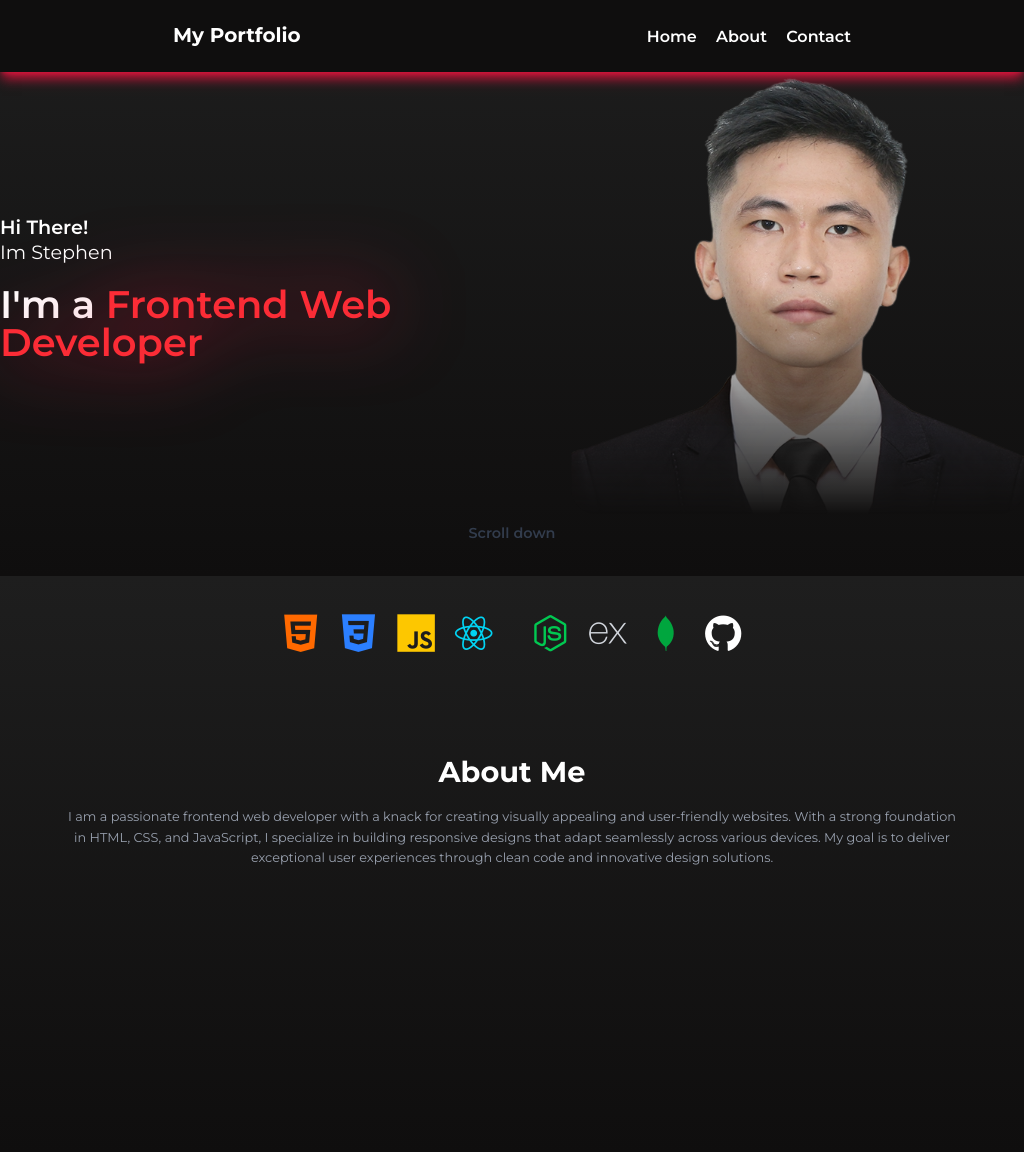
Repository: KaguyaKawaii/portfolio
Page: / (app in frontend/)
These files come from the project's save history. The page is drawn as it stood at one moment and after the next save; the edit follows.
The browser window is 1280 px wide. The pictures show the whole page, at 80% of full size.
Some icons come from a web library that is not loaded, so they are not drawn. Some web libraries are served in a nearby version. The project was rebuilt for these pictures with package versions that can differ from the ones it lists, and the page was loaded fresh each time. Also part of the build but not shown: frontend/vite.config.js.

Above is the page before, as saved 2025-10-28 22:16:17.

After the next save:
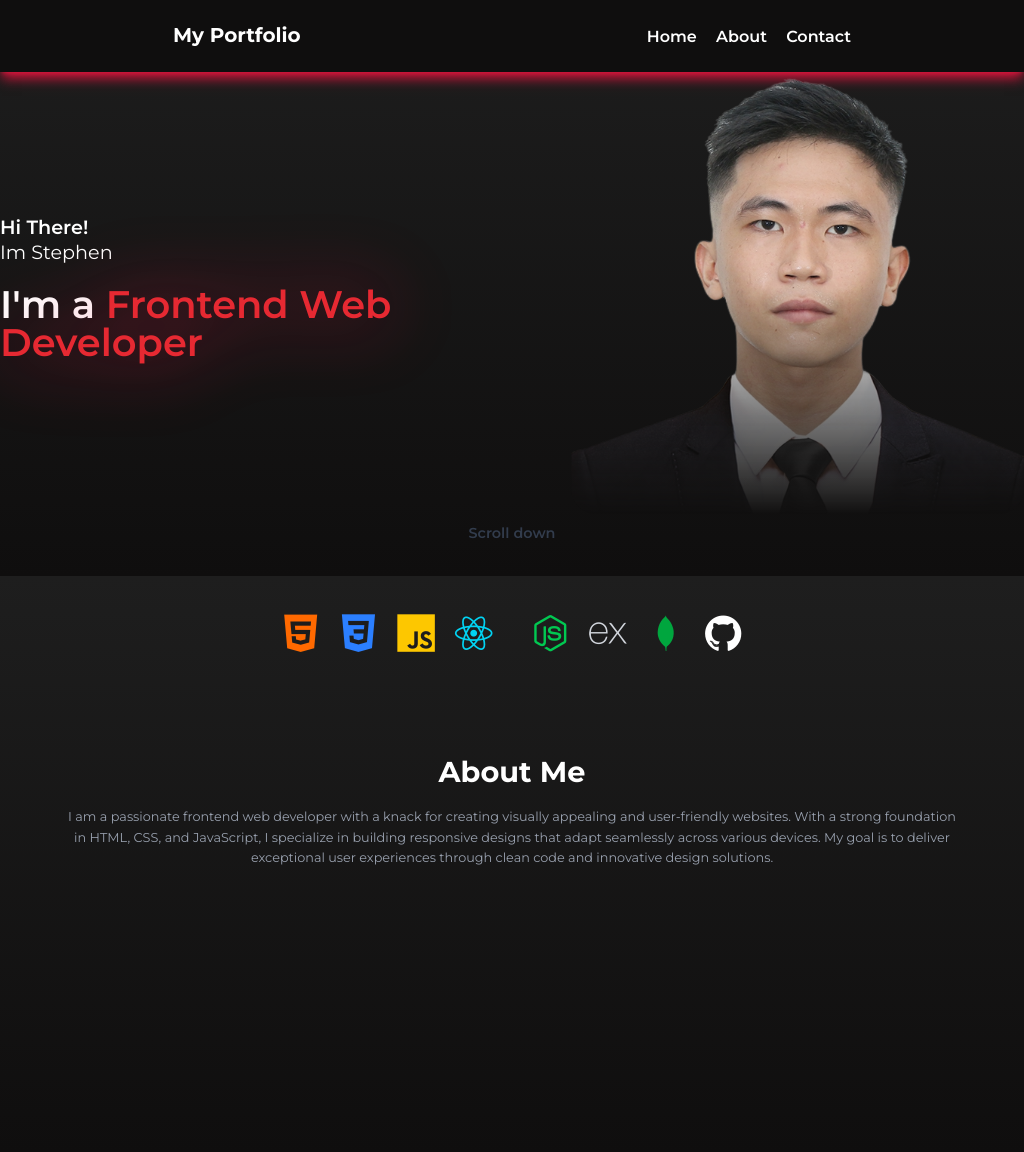
Saved 38 s later.
--- a/frontend/src/App.jsx
+++ b/frontend/src/App.jsx
@@ -22,11 +22,11 @@
         <div className='flex justify-around items-center h-screen'>
           <div>
             <div className='text-2xl'>
-              <h1 className='font-semibold delay-[1s,250ms] ease-in'>Hi There!</h1>
+              <h1 className='font-semibold'>Hi There!</h1>
               <p>Im Stephen</p>
             </div>
             <div className='mt-6 animate-fade-in'>
-              <p className='font-semibold text-5xl'>I'm a  <span className="drop-shadow-[0_0_50px_#dc143c] text-red-500">Frontend Web Developer</span></p>
+              <p className='font-semibold text-5xl'>I'm a  <span className="drop-shadow-[0_0_50px_#dc143c] text-red-500 animate-pulse">Frontend Web Developer</span></p>
 
             </div>
           </div>
